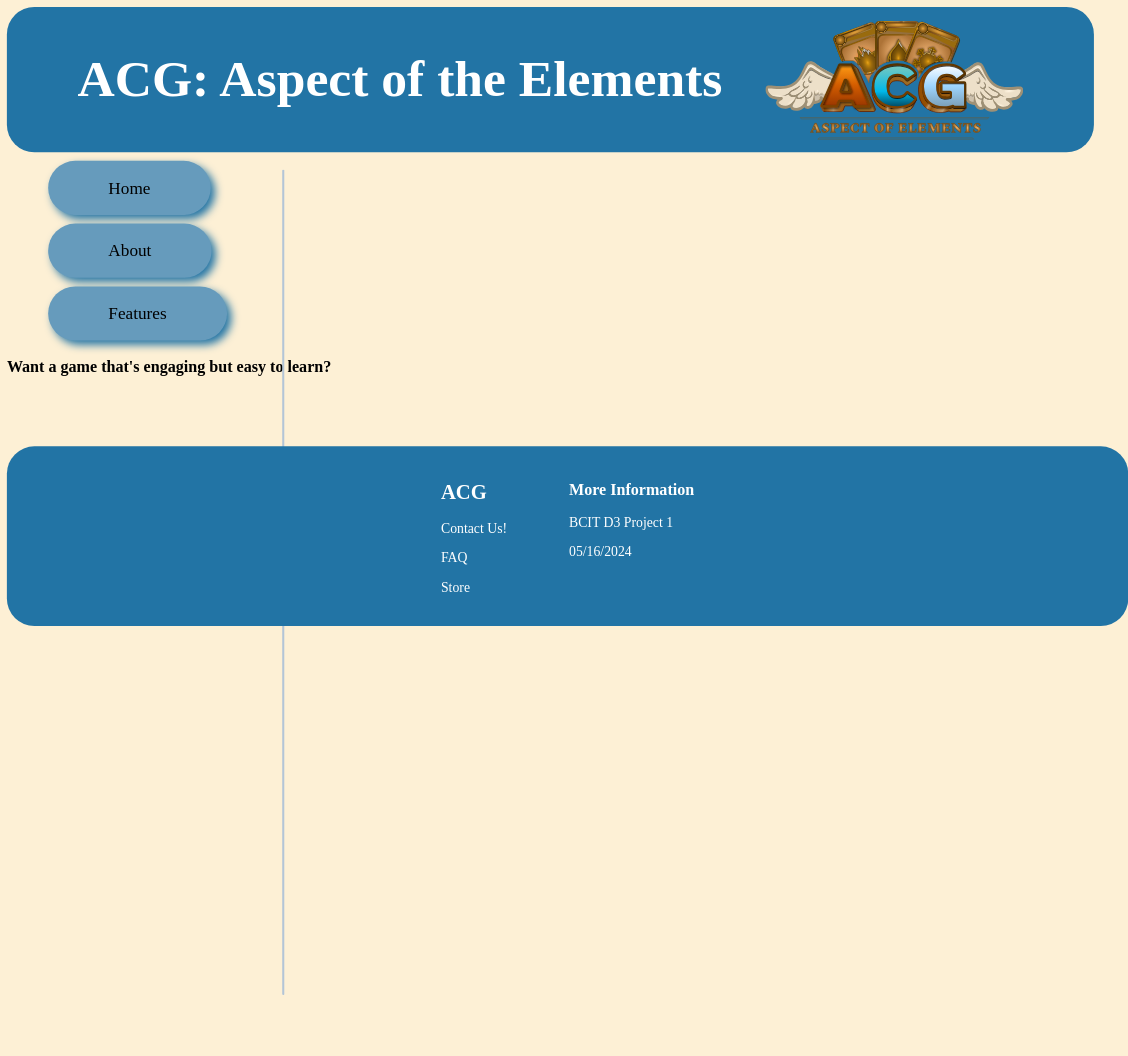
Repository: Delukalgh/ACG
Page: Features.html
An editor plug-in stored every save of this project. The page is shown before and after the next save, followed by the edit.
The browser window is 1280 px wide. The page is 1312 px wide, so the pictures cover 1312 px, including what lies to the right of the window. The pictures show the whole page, at 86% of full size.

Above is the page before, as saved 2024-05-15 15:19:17.

After the next save:
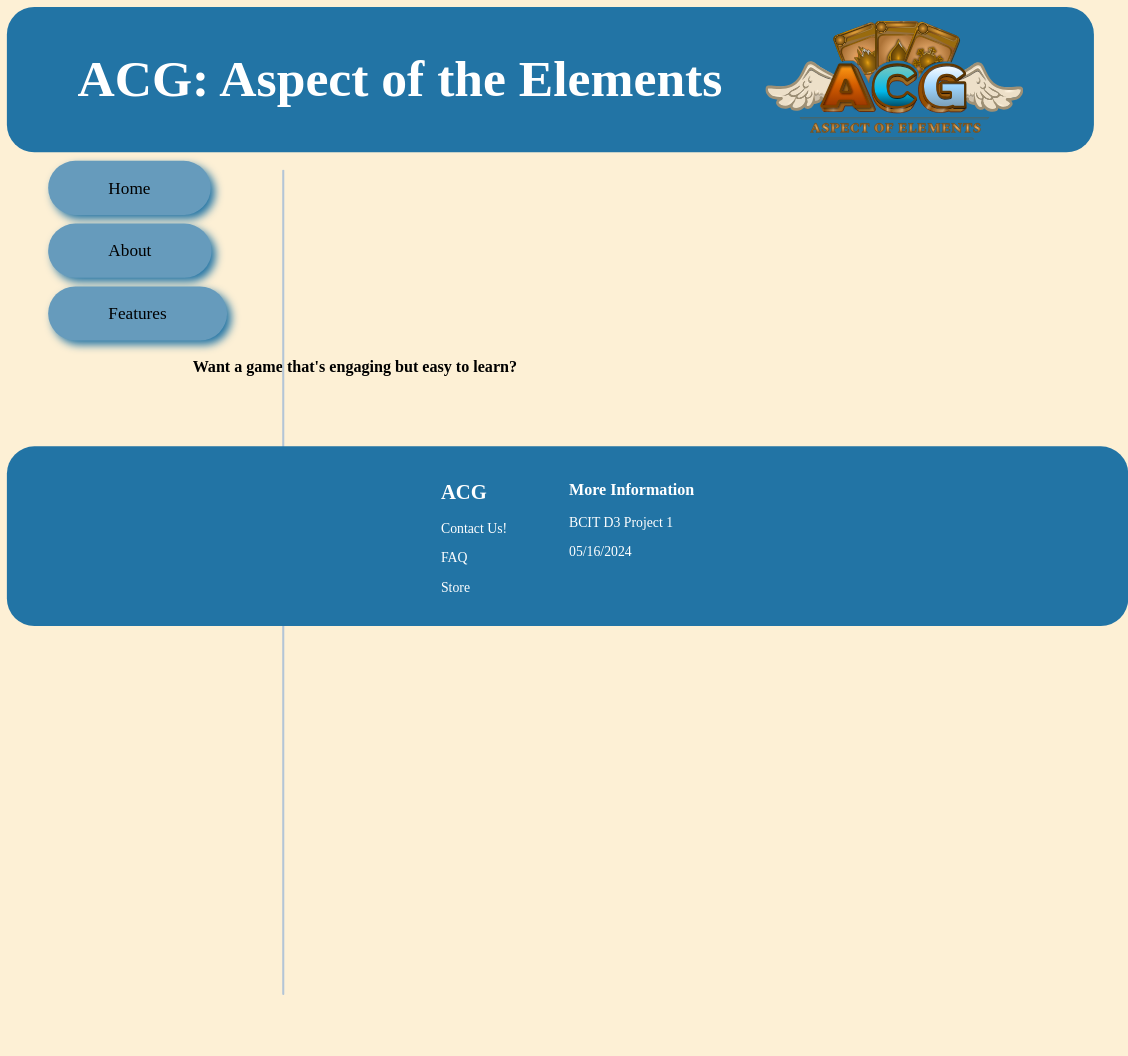
Saved 44 s later.
--- a/features-style.css
+++ b/features-style.css
@@ -76,5 +76,5 @@
 }
 
 .features-container {
-margin-right: 30vh;
+margin-left: 30vh;
 }

After the 2 saves that followed:
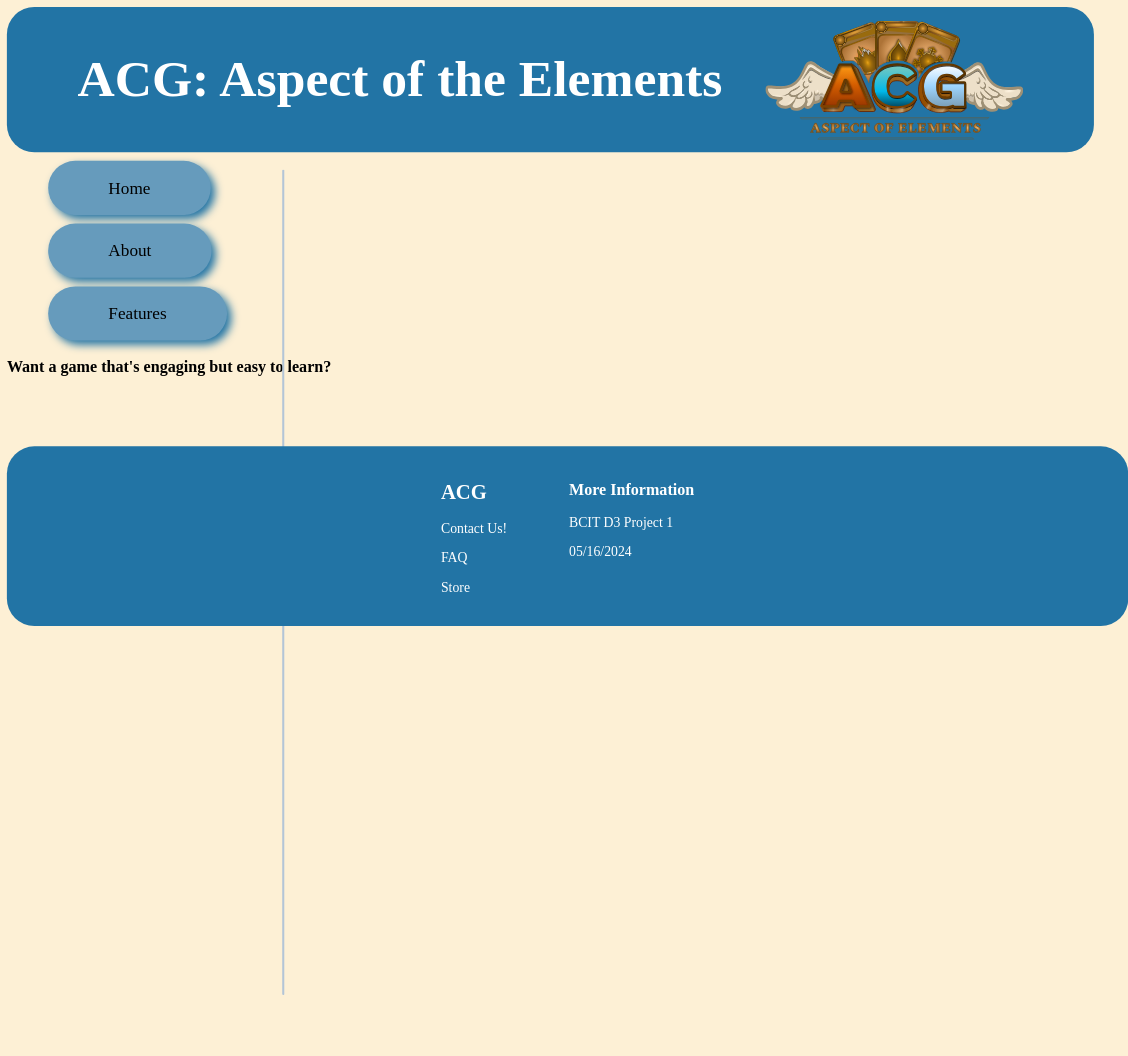
The 2 saves are shown as one change because they came seconds apart.
The last was saved 14 s later.
--- a/features-style.css
+++ b/features-style.css
@@ -76,5 +76,6 @@
 }
 
 .features-container {
-margin-left: 30vh;
+  left: 0;
+
 }
